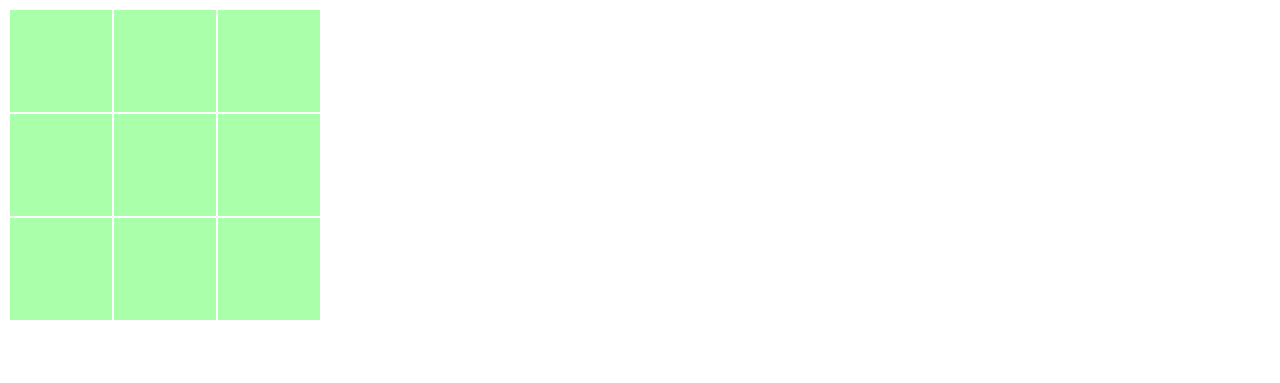
Repository: YERIN0531/SEOYERIN_WEBPRO
Page: gitSource/07_jQuery/jq01/WebContent/dduck.html
An editor plug-in stored every save of this project. The page is shown before and after the next save, followed by the edit.
The browser window is 1280 px wide. The pictures show the whole page.

Above is the page before, as saved 2022-06-21 06:38:01.

After the next save:
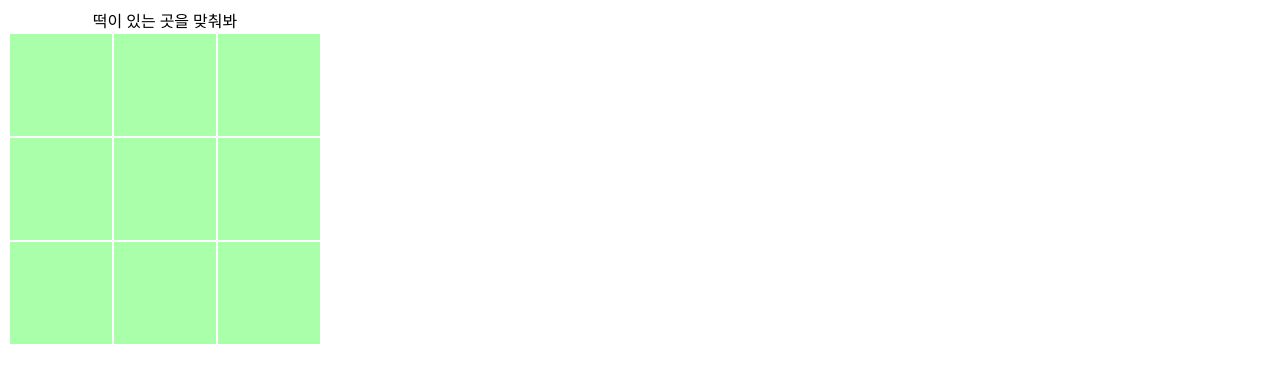
Saved 23 s later.
--- a/gitSource/07_jQuery/jq01/WebContent/dduck.html
+++ b/gitSource/07_jQuery/jq01/WebContent/dduck.html
@@ -21,7 +21,7 @@ table td{width:100px; height:100px; background-color: #AAFFAA;}
 </head>
 <body>
 <table>
-
+	<caption>떡이 있는 곳을 맞춰봐</caption>
 	<tr><td></td><td></td><td></td></tr>
 	<tr><td></td><td></td><td></td></tr>
 	<tr><td></td><td></td><td></td></tr>
